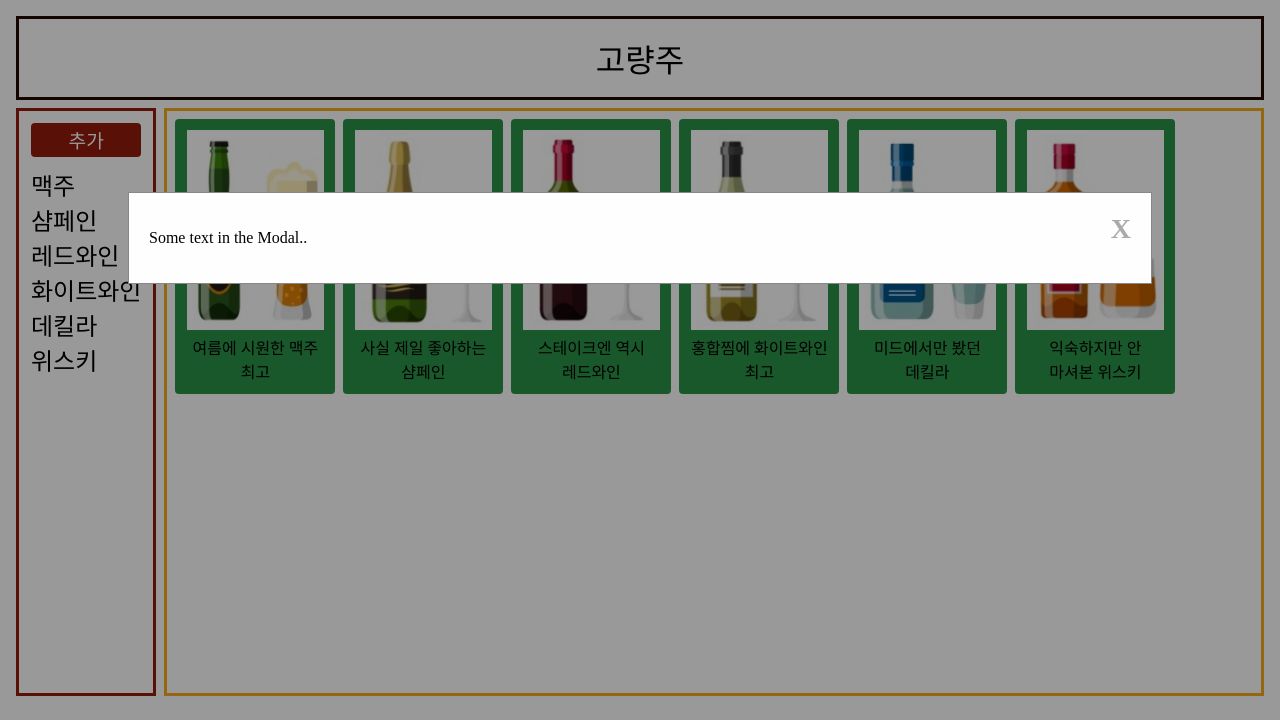
Repository: Jay-JYKim91/grj_2nd_week
Page: index.html
These files come from the project's save history. The page is drawn as it stood at one moment and after the next save; the edit follows.
The browser window is 1280 px wide. The pictures show the whole page.
Some web fonts or font styles are not loaded; a fallback is used.

Above is the page before, as saved 2022-05-16 16:36:14.

### index.html
<!DOCTYPE html>
<html lang="en">
<head>
    <meta charset="UTF-8">
    <meta http-equiv="X-UA-Compatible" content="IE=edge">
    <meta name="viewport" content="width=device-width, initial-scale=1.0">
    <title>고량주 2주차</title>
    <link rel="stylesheet" href="./styles.css">
    <script src="./main.js" defer></script>
</head>
<body>
    <header>
        <span>고량주</span>
    </header>
    <main>
        <aside>
            <button id="openModalBtn">추가</button>
            <span>맥주</span>
            <span>샴페인</span>
            <span>레드와인</span>
            <span>화이트와인</span>
            <span>데킬라</span>
            <span>위스키</span>
        </aside>
        <section class="cards">
            <div class="card">
                <img src="./images/beer.png" alt="beer">
                <span>여름에 시원한 맥주 최고</span>
            </div>
            <div class="card">
                <img src="./images/champagne.png" alt="champagne">
                <span>사실 제일 좋아하는 샴페인</span>
            </div>
            <div class="card">
                <img src="./images/red_wine.png" alt="red_wine">
                <span>스테이크엔 역시 레드와인</span>
            </div>
            <div class="card">
                <img src="./images/white_wine.png" alt="white_wine">
                <span>홍합찜에 화이트와인 최고</span>
            </div>
            <div class="card">
                <img src="./images/tequila.png" alt="tequila">
                <span>미드에서만 봤던 데킬라</span>
            </div>
            <div class="card">
                <img src="./images/whiskey.png" alt="whiskey">
                <span>익숙하지만 안 마셔본 위스키</span>
            </div>
        </section>
    </main>

    <div id="addItemModal" class="modal">
        <form class="modal-content">
            <span class="close">X</span>
            <p>Some text in the Modal..</p>
        </form>
    </div>
</body>
</html>

### styles.css
@import url("https://fonts.googleapis.com/css2?family=Hahmlet:wght@400;500&display=swap");

* {
  box-sizing: border-box;
  font-family: "Hahmlet", serif;
}

html,
body {
  height: 100%;
  margin: 0;
}

body {
  padding: 1rem;
}

header {
  border: 3px solid #220901;
  padding: 0.5em;
  font-size: 2rem;
  text-align: center;
}

main {
  display: flex;
  margin: 0.5rem 0;
  gap: 0.5rem;
  height: calc(100% - 100px);
}

aside {
  display: flex;
  flex-direction: column;
  border: 3px solid #941b0c;
  padding: 0.5em;
  font-size: 1.5rem;
  min-width: max-content;
}

#openModalBtn {
  background-color: #941b0c;
  border-radius: 4px;
  border: 2px solid #941b0c;
  color: white;
  font-size: 1.2rem;
  margin-bottom: 0.5em;
}

#openModalBtn:hover {
  background-color: white;
  color: #941b0c;
  cursor: pointer;
}

.cards {
  display: flex;
  flex-wrap: wrap;
  border: 3px solid #f6aa1c;
  padding: 0.5em;
  gap: 0.5em;
  overflow-y: scroll;
  width: 100%;
}

.card {
  display: flex;
  flex-direction: column;
  background-color: #2b9348;
  padding: 0.7em;
  text-align: center;
  word-break: keep-all;
  height: fit-content;
  border-radius: 4px;
  width: 10rem;
}

.card img {
  height: 200px;
  margin-bottom: 0.3em;
}

@media only screen and (max-width: 600px) {
  .card {
    background-color: #ffff3f;
  }
}

@media only screen and (min-width: 601px) and (max-width: 768px) {
  .card {
    background-color: #d4d700;
  }
}

@media only screen and (min-width: 769px) and (max-width: 992px) {
  .card {
    background-color: #80b918;
  }
}

/* The Modal (background) */
.modal {
  /* display: none; Hidden by default */
  position: fixed; /* Stay in place */
  z-index: 1; /* Sit on top */
  left: 0;
  top: 0;
  width: 100%; /* Full width */
  height: 100%; /* Full height */
  overflow: auto; /* Enable scroll if needed */
  background-color: rgb(0, 0, 0); /* Fallback color */
  background-color: rgba(0, 0, 0, 0.4); /* Black w/ opacity */
}

/* Modal Content/Box */
.modal-content {
  background-color: #fefefe;
  margin: 15% auto; /* 15% from the top and centered */
  padding: 20px;
  border: 1px solid #888;
  width: 80%; /* Could be more or less, depending on screen size */
}

/* The Close Button */
.close {
  color: #aaa;
  float: right;
  font-size: 28px;
  font-weight: bold;
}

.close:hover,
.close:focus {
  color: black;
  text-decoration: none;
  cursor: pointer;
}

Loaded but not shown: main.js (common file)

After the next save:
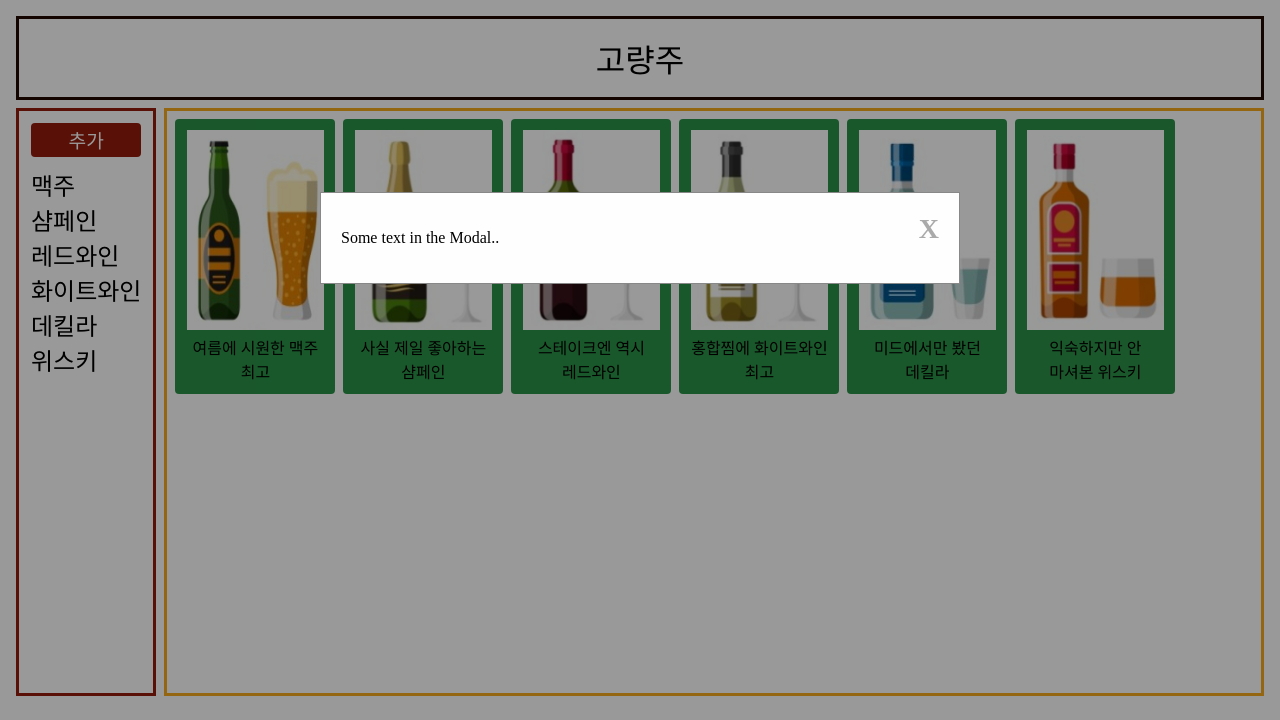
Saved 6 min 7 s later.
--- a/styles.css
+++ b/styles.css
@@ -118,7 +118,7 @@ aside {
   margin: 15% auto; /* 15% from the top and centered */
   padding: 20px;
   border: 1px solid #888;
-  width: 80%; /* Could be more or less, depending on screen size */
+  width: 50%; /* Could be more or less, depending on screen size */
 }
 
 /* The Close Button */
